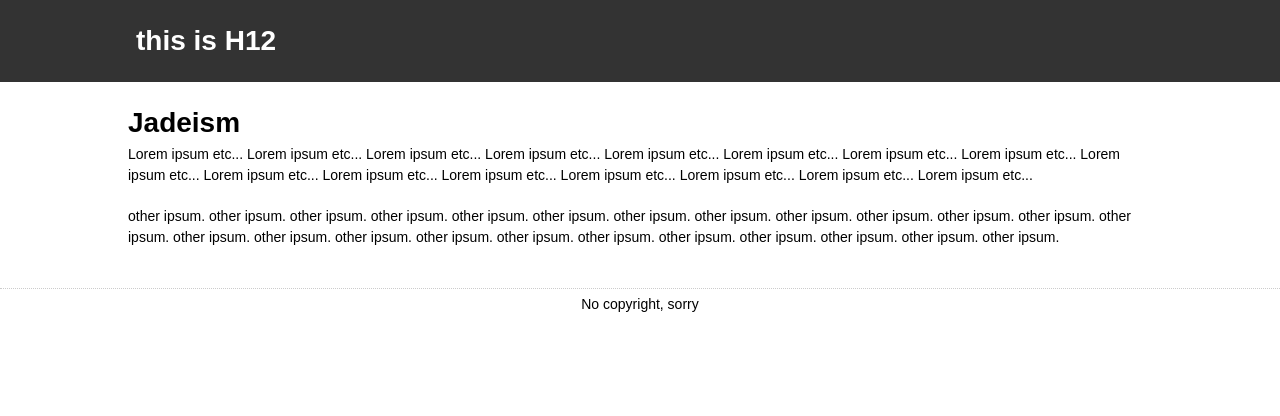
Repository: simonbcky/101
Page: http://localhost/j
The author's editor kept a record of every edit. The page is drawn from the files as they stood at one moment, then again after the next edit.
The browser window is 1280 px wide. The pictures show the whole page.
The page is served by the project's Node server (Jadestuff/index.js).

Above is the page before.

After the next edit:
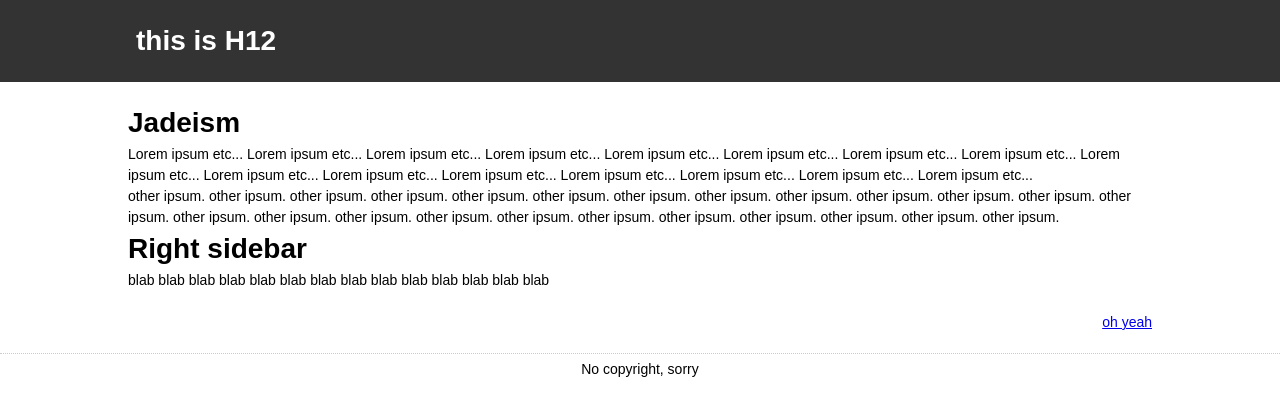
The edit:
--- a/Jadestuff/views/layout.jade
+++ b/Jadestuff/views/layout.jade
@@ -9,9 +9,9 @@
                 h1 this is H12
         .container
             .main-content
-                block content
-                    .sidebar
-                        block sidebar
+            block content
+            .sidebar
+            block sidebar
         footer
             .container
             p No copyright, sorry
